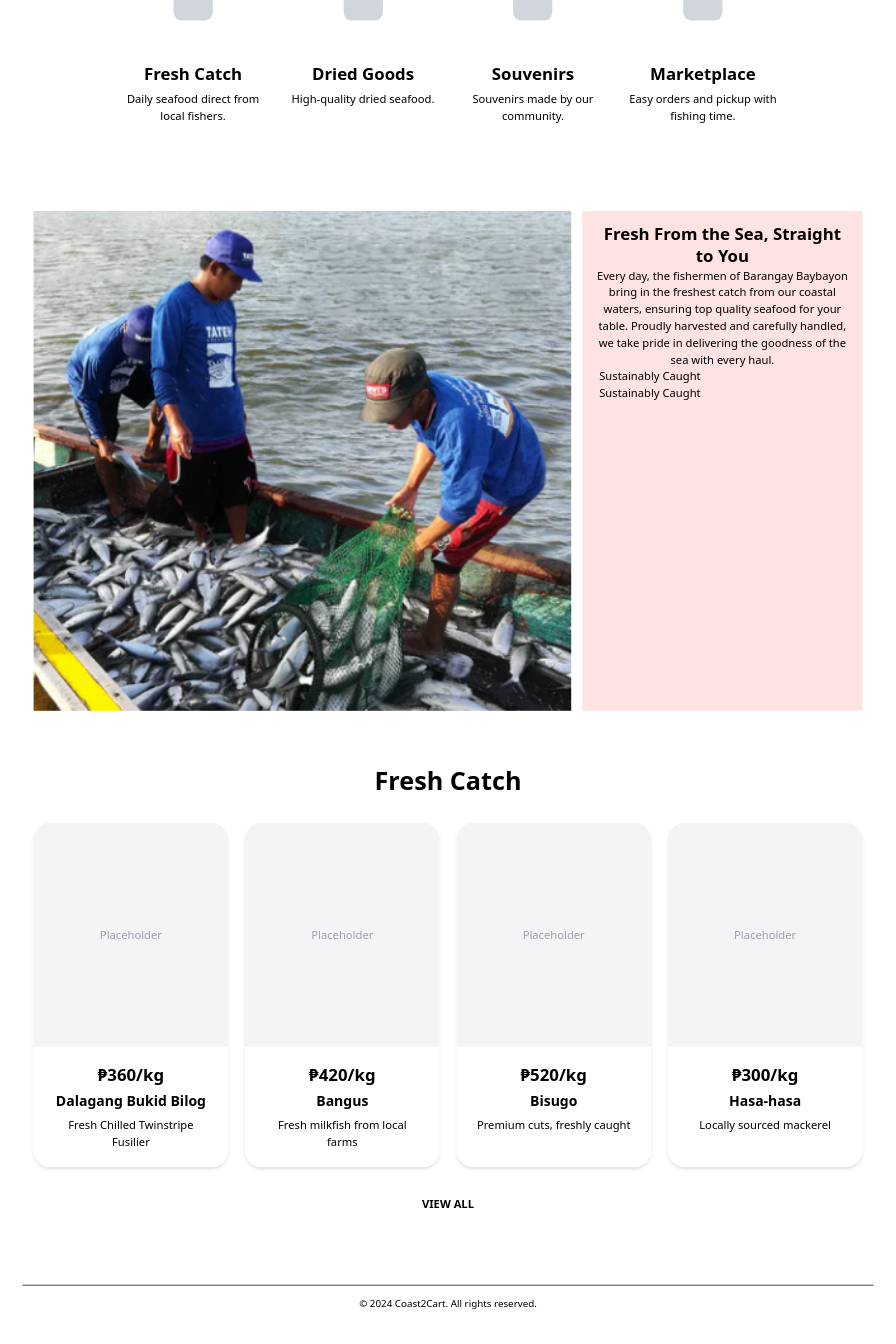
Repository: Coast2Card/coast2cart-frontend
Page: /
An editor plug-in stored every save of this project. The page is shown before and after a run of saves, followed by the edit.
The browser window is 1280 px wide. The pictures show the part of the page from y = 1299 to 3219 px (the page is 3219 px tall before and 2877 px after), at 70% of full size.
The project was rebuilt for these pictures with package versions that can differ from the ones it lists, and the page was loaded fresh each time. Also part of the build but not shown: vite.config.js, src/pages/Seafood.jsx, src/pages/Souvenirs.jsx, src/pages/About.jsx, src/pages/Cart.jsx, src/pages/Profile.jsx, src/pages/Colors.jsx.

Above is the page before, as saved 2025-09-07 15:36:56.

### index.html
<!DOCTYPE html>
<html lang="en" data-theme="coast2cart">
  <head>
    <meta charset="UTF-8" />
    <!-- <link rel="icon" type="image/svg+xml" href="/vite.svg" /> -->
    <meta name="viewport" content="width=device-width, initial-scale=1.0" />
    <title>Coast2Cart</title>
  </head>
  <body>
    <div id="root"></div>
    <script type="module" src="/src/main.jsx"></script>
  </body>
</html>

### src/App.jsx
import { Routes, Route } from "react-router-dom";
import Layout from "./components/Layout";
import Home from "./pages/Home";
import Seafood from "./pages/Seafood";
import Souvenirs from "./pages/Souvenirs";
import About from "./pages/About";
import Cart from "./pages/Cart";
import Profile from "./pages/Profile";
import Colors from "./pages/Colors";
import "./App.css";

function App() {
  return (
    <Routes>
      {/* Routes with shared layout */}
      <Route path="/" element={<Layout />}>
        <Route index element={<Home />} />
        <Route path="seafood" element={<Seafood />} />
        <Route path="souvenirs" element={<Souvenirs />} />
        <Route path="about" element={<About />} />
        <Route path="cart" element={<Cart />} />
        <Route path="profile" element={<Profile />} />
        <Route path="colors" element={<Colors />} />
      </Route>
    </Routes>
  );
}

export default App;

### src/components/Layout.jsx
import { Outlet } from "react-router-dom";
import Navbar from "./Navbar";

const Layout = () => {
  return (
    <div className="min-h-screen bg-base-200">
      {/* Navigation Header */}
      <Navbar />

      {/* Main Content */}
      <main className=" mx-auto  ">
        <Outlet />
      </main>

      {/* Footer */}
      <footer className="bg-base-100 border-t border-base-300 mt-auto">
        <div className="max-w-7xl mx-auto py-4 px-4 sm:px-6 lg:px-8">
          <p className="text-center text-base-content/70 text-sm">
            © 2024 Coast2Cart. All rights reserved.
          </p>
        </div>
      </footer>
    </div>
  );
};

export default Layout;

### src/pages/Home.jsx
import homeBanner from "../assets/images/home_banner.jpg";
import baybayonLogo from "../assets/logos/c2c_white_transparent.png";
import fish1 from "../assets/images/home_fish1.png";
import fish2 from "../assets/images/home_fish2.png";
import fish3 from "../assets/images/home_fish3.png";
import fish4 from "../assets/images/home_fish4.png";
import fish5 from "../assets/images/home_fish5.png";
import HomeFeatures from "../components/home/HomeFeatures";
import HomeFreshCatch from "../components/home/HomeFreshCatch";
import HomeGallery from "../components/home/HomeGallery";
const Home = () => {
  return (
    <main className="relative overflow-x-hidden">
      {/* Home Banner */}
      <section className="w-full h-[70vh] md:h-185 relative">
        <img
          src={homeBanner}
          alt="Home Banner"
          className="w-full h-full object-cover relative z-4"
          onError={(e) => {
            console.log("Image failed to load:", homeBanner);
            e.target.style.display = "none";
          }}
          onLoad={() => console.log("Image loaded successfully:", homeBanner)}
        />

        <div className="absolute inset-0 bg-black opacity-60 z-10"></div>

        <div className="absolute inset-0 z-20 flex items-start py-20 justify-center">
          <div className="text-center text-white">
            <h1 className="text-xl sm:text-2xl lg:text-3xl font-extrabold font-display mb-[-30px] sm:mb-[-30px] md:mb-[-35px] lg:mb-[-47px]">
              Sea the best of Baybayon, from
            </h1>
            <img
              className="w-6/8 sm:w-5/8 md:4/8 lg:3/8 max-w-270 h-auto mx-auto "
              src={baybayonLogo}
            />
            <button className="mt-[-10px] bg-secondary text-primary uppercase px-6 py-2 rounded-full text-md sm:text-lg font-semibold hover:bg-secondary/90 transition-colors">
              Shop Now
            </button>
          </div>
        </div>
      </section>
      <section className=" relative overflow-hidden w-[140vw] flex items-center justify-center gap-6 mb-25   z-30 -mt-61 sm:-mt-60 left-1/2 -translate-x-1/2">
        <img
          src={fish1}
          alt="Fish 1"
          className="min-w-60 sm:w-65 h-90 object-cover rounded-2xl"
        />
        <img
          src={fish2}
          alt="Fish 2"
          className="min-w-65 h-85 sm:w-80 sm:h-110 object-cover rounded-2xl"
        />
        <img
          src={fish3}
          alt="Fish 3"
          className="min-w-75 h-115 sm:w-95 sm:h-125 object-cover rounded-2xl"
        />
        <img
          src={fish4}
          alt="Fish 4"
          className="min-w-65 h-90 sm:w-80 sm:h-110 object-cover rounded-2xl"
        />
        <img
          src={fish5}
          alt="Fish 5"
          className="min-w-60 sm:w-65 h-90 object-cover rounded-2xl"
        />
      </section>
      <section className="max-w-8xl mx-auto p-4 flex flex-col">
        <HomeFeatures className="mb-25" />
        <HomeGallery />
        <HomeFreshCatch />
      </section>
    </main>
  );
};

export default Home;

### src/components/Navbar.jsx
import { Link, useLocation } from "react-router-dom";
import { useState } from "react";
import { navLinks } from "../data/navigation";
import c2cLogo from "../assets/logos/c2c_transparent.png";
import searchIcon from "../assets/icons/search.png";
import cartIcon from "../assets/icons/cart.png";
import profileIcon from "../assets/icons/profile.png";
import commentIcon from "../assets/icons/comment.png";
const Navbar = () => {
  const location = useLocation();
  const [isMobileMenuOpen, setIsMobileMenuOpen] = useState(false);

  const isActive = (path) => {
    return location.pathname === path;
  };

  const toggleMobileMenu = () => {
    setIsMobileMenuOpen(!isMobileMenuOpen);
  };

  const closeMobileMenu = () => {
    setIsMobileMenuOpen(false);
  };

  return (
    <nav className="bg-base-300 shadow-lg py-2 sticky top-0 z-50">
      <div className="mx-auto px-6 sm:px-6 lg:px-8">
        <div className="flex justify-between h-16">
          <div className="flex items-center">
            <Link to="/" className="flex-shrink-0">
              <img src={c2cLogo} alt="Coast2Cart" className="h-17" />
            </Link>
          </div>

          {/* Desktop Navigation */}
          <div className="hidden md:flex items-center space-x-8">
            {navLinks.map((link) => (
              <Link
                key={link.path}
                to={link.path}
                className={`px-3 py-2 rounded-md text-md font-bold transition-colors ${
                  isActive(link.path)
                    ? " text-accent after:content-[''] after:block after:w-full after:h-0.5 after:bg-accent after:rounded-full"
                    : "text-black hover:text-primary hover:bg-base-200"
                }`}
              >
                {link.label}
              </Link>
            ))}
          </div>

          {/* Desktop Icons - Hidden on mobile */}
          <div className="hidden md:flex items-center gap-4 lg:gap-6">
            <img
              src={searchIcon}
              alt="Search"
              className="h-5 w-5 lg:h-5.5 lg:w-5.5 hover:cursor-pointer hover:opacity-60 transition-opacity duration-300"
            />
            <img
              src={commentIcon}
              alt="Comment"
              className="h-5 w-5 lg:h-5.5 lg:w-5.5 hover:cursor-pointer hover:opacity-60 transition-opacity duration-300"
            />
            <img
              src={cartIcon}
              alt="Cart"
              className="h-5 w-5 lg:h-5.5 lg:w-5.5 hover:cursor-pointer hover:opacity-60 transition-opacity duration-300"
            />
            <img
              src={profileIcon}
              alt="Profile"
              className="h-5 w-5 lg:h-5.5 lg:w-5.5 hover:cursor-pointer hover:opacity-60 transition-opacity duration-300"
            />
          </div>

          {/* Mobile menu button */}
          <div className="md:hidden flex items-center">
            <button
              onClick={toggleMobileMenu}
              className="inline-flex items-center justify-center p-2 rounded-md text-base-content hover:text-primary hover:bg-base-200 focus:outline-none focus:ring-2 focus:ring-inset focus:ring-primary"
              aria-expanded="false"
            >
              <span className="sr-only">Open main menu</span>
              {!isMobileMenuOpen ? (
                <svg
                  className="block h-6 w-6"
                  xmlns="http://www.w3.org/2000/svg"
                  fill="none"
                  viewBox="0 0 24 24"
                  stroke="currentColor"
                  aria-hidden="true"
                >
                  <path
                    strokeLinecap="round"
                    strokeLinejoin="round"
                    strokeWidth="2"
                    d="M4 6h16M4 12h16M4 18h16"
                  />
                </svg>
              ) : (
                <svg
                  className="block h-6 w-6"
                  xmlns="http://www.w3.org/2000/svg"
                  fill="none"
                  viewBox="0 0 24 24"
                  stroke="currentColor"
                  aria-hidden="true"
                >
                  <path
                    strokeLinecap="round"
                    strokeLinejoin="round"
                    strokeWidth="2"
                    d="M6 18L18 6M6 6l12 12"
                  />
                </svg>
              )}
            </button>
          </div>
        </div>
      </div>

      {/* Mobile Navigation Menu */}
      <div className={`md:hidden ${isMobileMenuOpen ? "block" : "hidden"}`}>
        <div className="px-2 pt-2 pb-3 space-y-1 sm:px-3 bg-base-100 border-t border-base-300">
          {navLinks.map((link) => (
            <Link
              key={link.path}
              to={link.path}
              onClick={closeMobileMenu}
              className={`block px-3 py-2 rounded-md text-base font-medium transition-colors ${
                isActive(link.path)
                  ? "bg-primary text-primary-content"
                  : "text-base-content hover:text-primary hover:bg-base-200"
              }`}
            >
              {link.label}
            </Link>
          ))}

          {/* Mobile Icons */}
          <div className="flex items-center justify-center gap-6 pt-4 border-t border-base-300 mt-4">
            <img
              src={searchIcon}
              alt="Search"
              className="h-6 w-6 hover:cursor-pointer hover:opacity-60 transition-opacity duration-300"
            />
            <img
              src={commentIcon}
              alt="Comment"
              className="h-6 w-6 hover:cursor-pointer hover:opacity-60 transition-opacity duration-300"
            />
            <img
              src={cartIcon}
              alt="Cart"
              className="h-6 w-6 hover:cursor-pointer hover:opacity-60 transition-opacity duration-300"
            />
            <img
              src={profileIcon}
              alt="Profile"
              className="h-6 w-6 hover:cursor-pointer hover:opacity-60 transition-opacity duration-300"
            />
          </div>
        </div>
      </div>
    </nav>
  );
};

export default Navbar;

### src/components/home/HomeFeatures.jsx
import cartIcon from "../../assets/icons/cart.png";
import commentIcon from "../../assets/icons/comment.png";
import profileIcon from "../../assets/icons/profile.png";
import searchIcon from "../../assets/icons/search.png";

const features = [
  {
    icon: cartIcon,
    title: "Fresh Catch",
    description: "Daily seafood direct from local fishers.",
  },
  {
    icon: searchIcon,
    title: "Dried Goods",
    description: "High-quality dried seafood.",
  },
  {
    icon: commentIcon,
    title: "Souvenirs",
    description: "Souvenirs made by our community.",
  },
  {
    icon: profileIcon,
    title: "Marketplace",
    description: "Easy orders and pickup with fishing time.",
  },
];

const HomeFeatures = ({ className = "" }) => {
  return (
    <article className={` mx-auto w-full ${className}`}>
      <section className="grid grid-cols-1 sm:grid-cols-2 space-y-6 lg:grid-cols-4 gap-6 sm:w-[95%] lg:w-[90%] xl:w-[80%] mx-auto">
        {features.map((item, index) => (
          <div
            key={index}
            className="flex flex-col items-center justify-start gap-2"
          >
            <div className="bg-accent mb-2 p-11 sm:p-11 flex justify-center items-center rounded-full">
              <div className="bg-gray-300 rounded-xl p-1 h-14 w-14"></div>
            </div>
            <h3 className="text-2xl font-bold text-primary">{item.title}</h3>
            <h3 className="text-md text-center">{item.description}</h3>
          </div>
        ))}
      </section>
    </article>
  );
};

export default HomeFeatures;

### src/components/home/HomeFreshCatch.jsx
const freshCatchItems = [
  {
    id: 1,
    price: "₱360/kg",
    name: "Dalagang Bukid Bilog",
    description: "Fresh Chilled Twinstripe Fusilier",
    image: null,
  },
  {
    id: 2,
    price: "₱420/kg",
    name: "Bangus",
    description: "Fresh milkfish from local farms",
    image: null,
  },
  {
    id: 3,
    price: "₱520/kg",
    name: "Bisugo",
    description: "Premium cuts, freshly caught",
    image: null,
  },
  {
    id: 4,
    price: "₱300/kg",
    name: "Hasa-hasa",
    description: "Locally sourced mackerel",
    image: null,
  },
];

const HomeFreshCatch = ({ className = "" }) => {
  return (
    <div className={`flex flex-col text-center ${className}`}>
      <h1 className="text-4xl font-bold text-accent mb-10">Fresh Catch</h1>
      <section className="grid grid-cols-1 sm:grid-cols-2 xl:grid-cols-4  gap-6 mb-8">
        {freshCatchItems.map((item) => (
          <div
            key={item.id}
            className="flex flex-col shadow-md overflow-hidden rounded-3xl"
          >
            <div className="bg-gray-100 h-80 flex items-center justify-center text-gray-400">
              Placeholder
            </div>
            <div className="bg-white p-6  flex flex-col gap-2 text-center items-center justify-center">
              <h3 className="text-success text-2xl font-bold">{item.price}</h3>
              <h3 className="text-black font-bold text-xl">{item.name}</h3>
              <p className="text-md">{item.description}</p>
            </div>
          </div>
        ))}
      </section>
      <div className="mb-20">
        <button className="bg-secondary text-primary uppercase px-6 py-2 rounded-full text-md font-semibold hover:bg-secondary/90 transition-colors">
          View All
        </button>
      </div>
    </div>
  );
};

export default HomeFreshCatch;

### src/components/home/HomeGallery.jsx
import React from "react";
import homeGallery1 from "../../assets/images/home_gallery1.png";
const HomeGallery = () => {
  return (
    <div className="w-full flex gap-4 mb-20 ">
      <div className="flex-1 w-full h-full ">
        <img src={homeGallery1} className="w-full h-full object-cover  " />
      </div>
      <div className=" bg-red-100 flex-col min-w-20 max-w-100 p-4 gap-4 justify-center">
        <h2 className="font-bold text-2xl text-primary">
          Fresh From the Sea, Straight to You
        </h2>
        <p className="text-md">
          Every day, the fishermen of Barangay Baybayon bring in the freshest
          catch from our coastal waters, ensuring top quality seafood for your
          table. Proudly harvested and carefully handled, we take pride in
          delivering the goodness of the sea with every haul.
        </p>
        <div className="flex gap-2">
          <img />
          <div className="flex flex-col">
            <h3>Sustainably Caught</h3>
            <h3>Sustainably Caught</h3>
          </div>
        </div>
      </div>
    </div>
  );
};

export default HomeGallery;

### src/data/navigation.js
// Navigation links data
export const navLinks = [
  { path: "/", label: "Home" },
  { path: "/seafood", label: "Seafood" },
  { path: "/souvenirs", label: "Souvenirs" },
  { path: "/about", label: "About" },
  // { path: "/cart", label: "Cart" },
  // { path: "/profile", label: "Profile" },
  // { path: "/colors", label: "Colors" },
];

Loaded but not shown: src/main.jsx (common file); src/index.css (common file); src/App.css (common file)

After the next 2 saves:
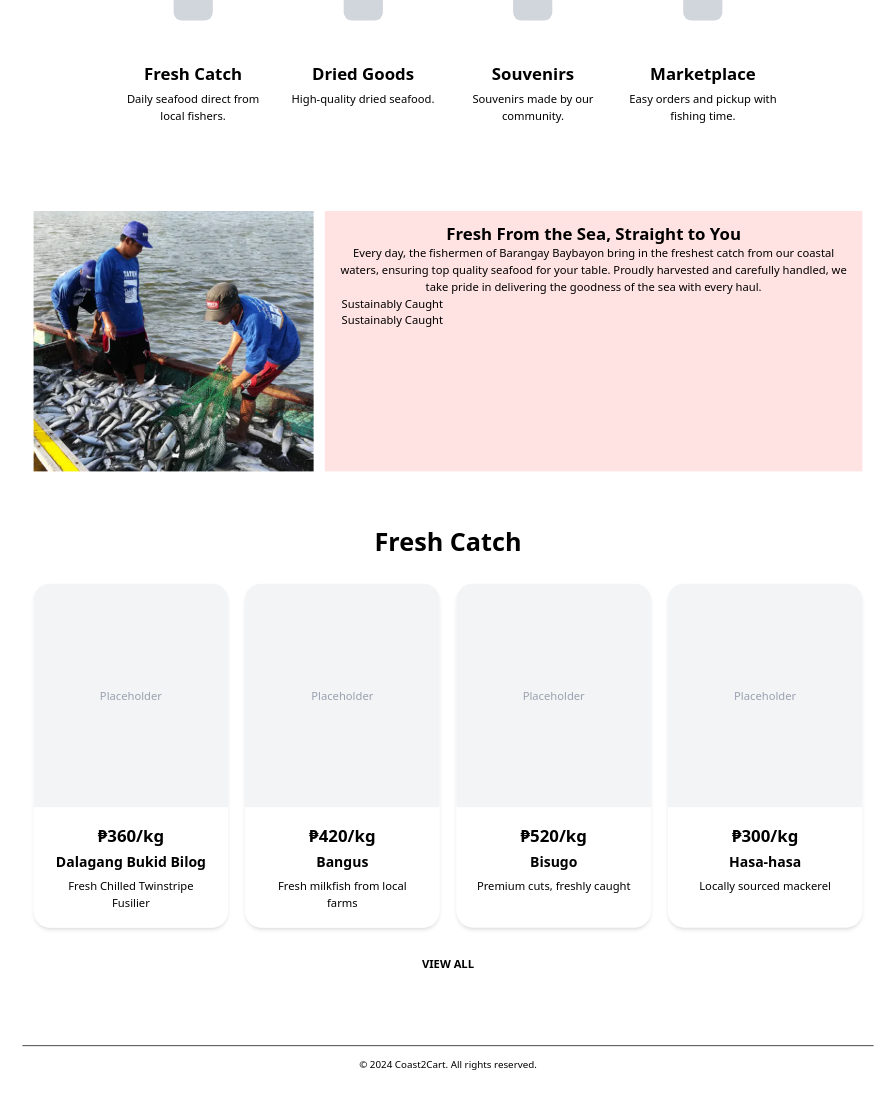
The 2 saves are shown as one change because they came seconds apart.
The last was saved 9 s later.
--- a/src/components/home/HomeGallery.jsx
+++ b/src/components/home/HomeGallery.jsx
@@ -3,10 +3,10 @@ import homeGallery1 from "../../assets/images/home_gallery1.png";
 const HomeGallery = () => {
   return (
     <div className="w-full flex gap-4 mb-20 ">
-      <div className="flex-1 w-full h-full ">
+      <div className="flex-1 min-w-100 w-full h-full ">
         <img src={homeGallery1} className="w-full h-full object-cover  " />
       </div>
-      <div className=" bg-red-100 flex-col min-w-20 max-w-100 p-4 gap-4 justify-center">
+      <div className=" bg-red-100 flex-col min-w-20  p-4 gap-4 justify-center">
         <h2 className="font-bold text-2xl text-primary">
           Fresh From the Sea, Straight to You
         </h2>
